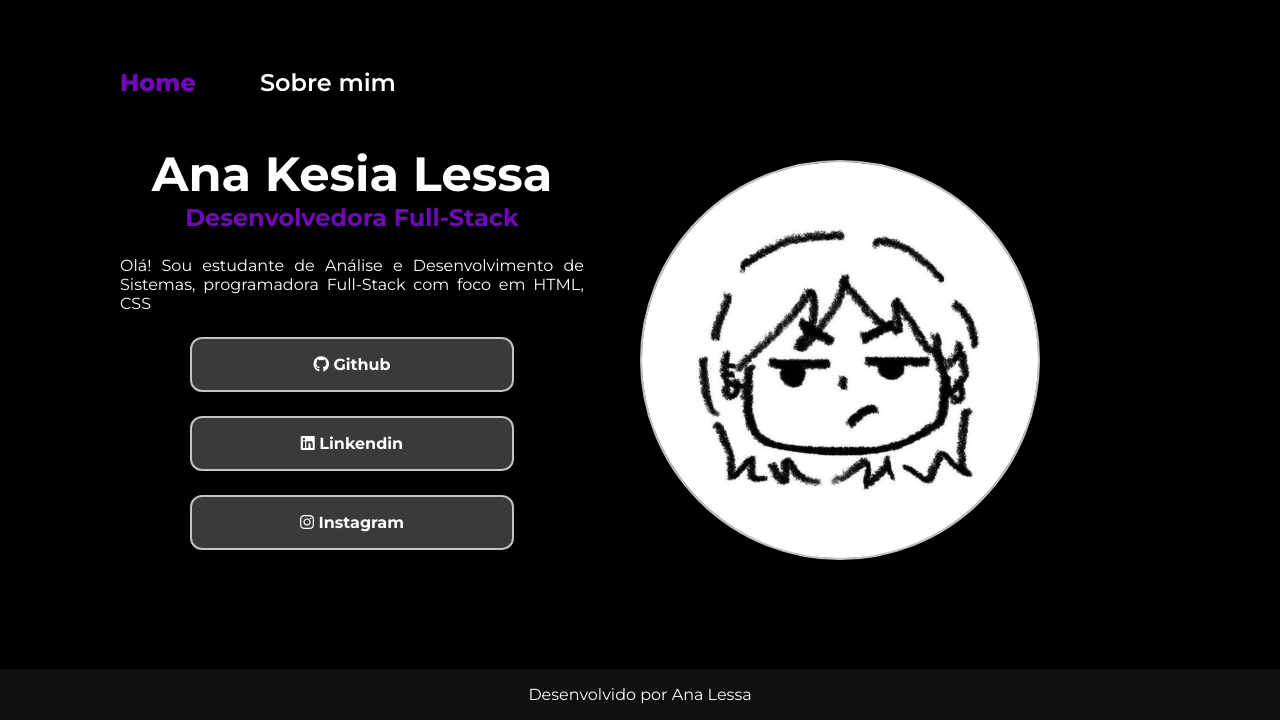
Repository: analessp/portfolio-developer
Page: index.html
These files come from the project's save history. The page is drawn as it stood at one moment and after the next save; the edit follows.
The browser window is 1280 px wide. The pictures show the whole page.

Above is the page before, as saved 2025-04-25 09:29:58.

After the next save:
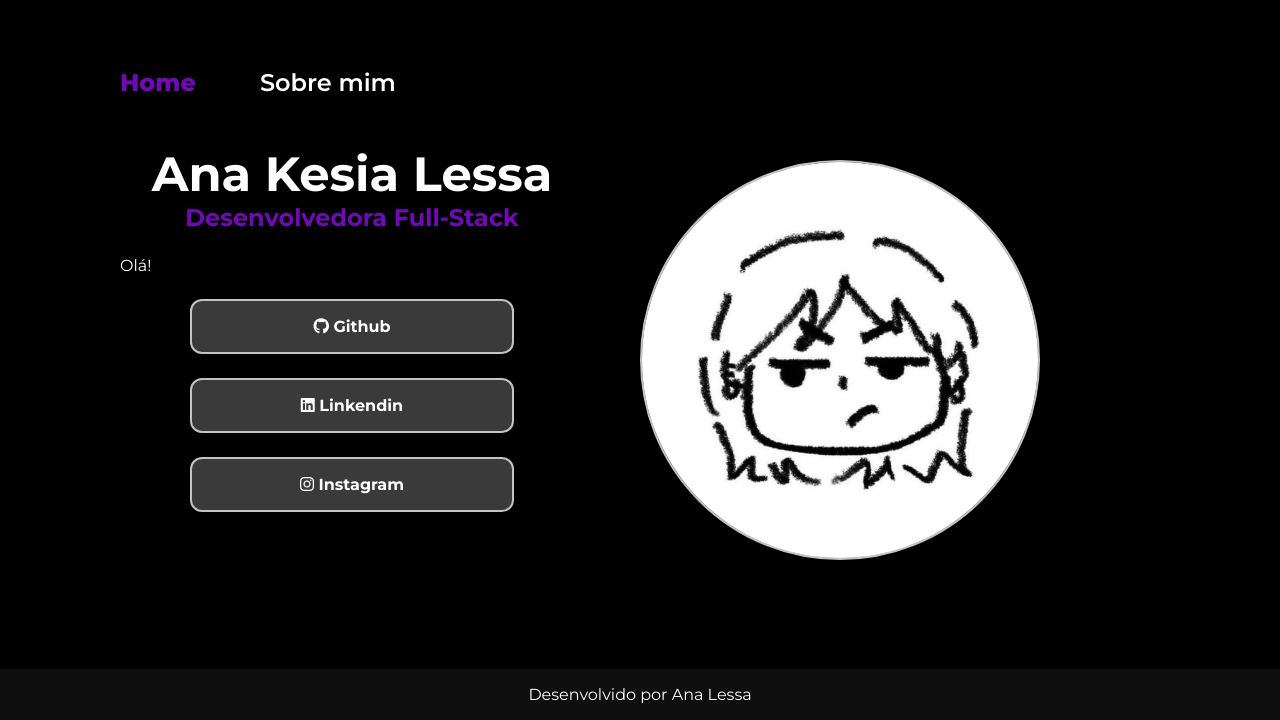
Saved 12 s later.
--- a/index.html
+++ b/index.html
@@ -34,7 +34,7 @@
             <h1>Ana Kesia Lessa</h1>
             <h2>Desenvolvedora Full-Stack</h2>
         </span>
-            <p>Olá! Sou estudante de Análise e Desenvolvimento de Sistemas, programadora Full-Stack com foco em HTML, CSS</p>
+            <p>Olá!</p>
         <ul class="social-links">
             <li>
                 <a *href*="https://github.com/analessp">
